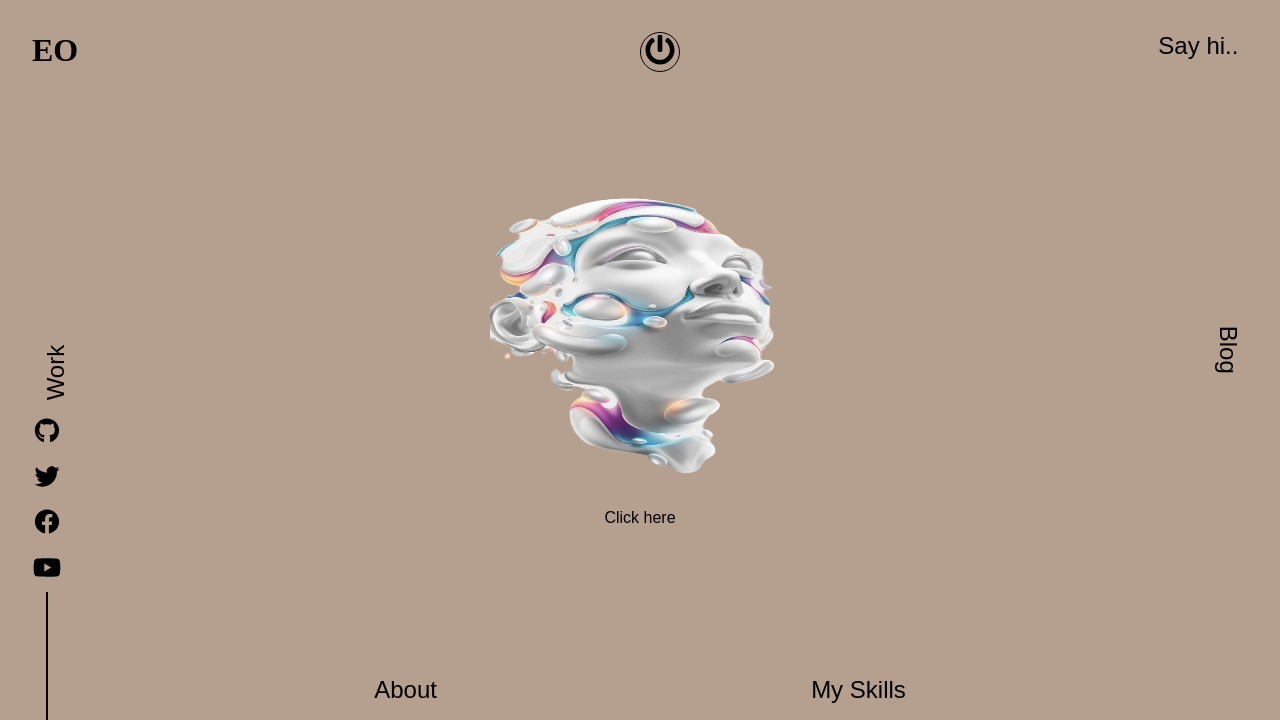
Repository: Deonorla/deon-dev
Page: /main
The author's editor kept a copy of each file at every save. The page is drawn from the files as they stood at one save, then again after the next save.
The browser window is 1280 px wide. The pictures show the whole page.
The project was rebuilt for these pictures with package versions that can differ from the ones it lists, and the page was loaded fresh each time. The framework's server and built-in components were replaced by stand-ins that run in the browser. Also part of the build but not shown: next.config.ts.

Above is the page before, as saved 2025-05-28 18:09:55.

### src/app/layout.tsx
import ClientRootLayout from "./ClientRootLayout";
export const metadata = {
  title: "Deon",
  description: "Deon's personal portfolio website",
};

export default function RootLayout({
  children,
}: {
  children: React.ReactNode;
}) {
  return <ClientRootLayout>{children}</ClientRootLayout>;
}

### src/app/main/page.tsx
"use client";

import PowerButton from "@/components/Button/PowerButton";
import LogoComponent from "@/components/Minor/Logo";
import Socials from "@/components/Minor/Socials";
import { YinYang } from "@/components/Minor/SvgPack/AllSvgs";
import Image from "next/image";
import Link from "next/link";
import styled from "styled-components";

const MainContainer = styled.div`
  background: ${(props) => props.theme.body};
  width: 100vw;
  height: 100vh;
  overflow: hidden;
  position: relative;

  h2,
  h3,
  h4,
  h5,
  h6 {
    font-family: "Karla", sans-serif;
    font-weight: 500;
  }
`;

const Container = styled.div`
  padding: 2rem;
`;

const Contact = styled(Link)`
  color: ${(props) => props.theme.text};
  position: absolute;
  top: 2rem;

  right: calc(1rem + 2vw);
  text-decoration: none;
  z-index: 1;
`;
const Blog = styled(Link)`
  color: ${(props) => props.theme.text};
  position: absolute;
  top: 50%;
  transform: rotate(90deg) translate(-50%, -50%);
  right: calc(1rem + 2vw);
  text-decoration: none;
  z-index: 1;
`;
const Work = styled(Link)`
  color: ${(props) => props.theme.text};
  position: absolute;
  top: 46%;
  transform: rotate(-90deg) translate(-50%, -50%);
  left: calc(1rem + 2vw);
  text-decoration: none;
  z-index: 1;
`;
const BottomBar = styled.div`
  position: absolute;
  bottom: 1rem;
  left: 0;
  right: 0;
  width: 100%;

  display: flex;
  justify-content: space-evenly;
`;
const About = styled(Link)`
  color: ${(props) => props.theme.text};
  text-decoration: none;
  z-index: 1;
`;
const Skills = styled(Link)`
  color: ${(props) => props.theme.text};
  text-decoration: none;
  z-index: 1;
`;

const Center = styled.button`
  position: absolute;
  top: 50%;
  left: 50%;
  transform: translate(-50%, -50%);
  border: none;
  outline: none;
  background-color: transparent;
  cursor: pointer;

  display: flex;
  flex-direction: column;
  justify-content: center;
  align-items: center;

  & > :last-child {
    padding-top: 1rem;
  }
`;

const Main = () => {
  return (
    <MainContainer>
      <Container>
        <PowerButton />
        <LogoComponent />
        <Socials />
        <Center>
          <Image
            src="/images/head.png"
            alt="Deon Oluleye"
            width={300}
            height={300}
          />
          {/* <YinYang width={150} height={150} fill="currentColor" /> */}
          <span>Click here</span>
        </Center>
        <Contact target="_blank" href="mailto:deonoluleye@gmail.com">
          <h2>Say hi..</h2>
        </Contact>
        <Blog href="/blog">
          <h2>Blog</h2>
        </Blog>
        <Work href="/work">
          <h2>Work</h2>
        </Work>
        <BottomBar>
          <About href="/about">
            <h2>About</h2>
          </About>
          <Skills href="/Skills">
            <h2>My Skills</h2>
          </Skills>
        </BottomBar>
      </Container>
    </MainContainer>
  );
};

export default Main;

### src/app/ClientRootLayout.tsx
"use client";

import { Geist, Geist_Mono } from "next/font/google";
import { ThemeProvider } from "styled-components";
import GlobalStyle from "./globalStyles";
import "../../node_modules/normalize.css";
import { lightTheme } from "@/components/Minor/theme/Themes";

const geistSans = Geist({
  variable: "--font-geist-sans",
  subsets: ["latin"],
});

const geistMono = Geist_Mono({
  variable: "--font-geist-mono",
  subsets: ["latin"],
});

export default function ClientRootLayout({
  children,
}: {
  children: React.ReactNode;
}) {
  return (
    <html lang="en">
      <body>
        <ThemeProvider theme={lightTheme}>
          <GlobalStyle />
          {children}
        </ThemeProvider>
      </body>
    </html>
  );
}

### src/components/Button/PowerButton/index.tsx
"use client";
import { PowerBtn } from "@/components/Minor/SvgPack/AllSvgs";
import Image from "next/image";
import Link from "next/link";
import styled from "styled-components";

const Power = styled.button`
  position: fixed;
  top: 2rem;
  left: 50%;
  transform: translateX(-50%, 0);

  background-color: #b59f8f;
  padding: 0.3rem;
  border-radius: 50%;
  border: 1px solid #000;
  width: 2.5rem;
  height: 2.5rem;

  display: flex;
  justify-content: center;
  align-items: center;
  z-index: 3;

  cursor: pointer;

  &:hover {
    background-color: rgba(0, 255, 0, 0.4);
    box-shadow: 0 0 8px 6px rgba(0, 255, 0, 0.2);
  }

  & > *:first-child {
    text-decoration: none;
    color: inherit;
  }
`;

const PowerButton = () => {
  return (
    <Power>
      <Link href="/">
        <PowerBtn width={30} height={30} fill="currentColor" />
      </Link>
    </Power>
  );
};

export default PowerButton;

### src/components/Minor/Logo/index.tsx
import React from "react";
import styled from "styled-components";

const Logo = styled.h1`
  display: inline-block;
  color: ${(prop) => prop.theme.text};
  font-family: "pacifico", cursive;

  position: fixed;
  left: 2rem;
  top: 2rem;
  z-index: 3;
`;

const LogoComponent = () => {
  return (
    <div>
      <Logo>EO</Logo>
    </div>
  );
};

export default LogoComponent;

### src/components/Minor/Socials/index.tsx
import Link from "next/link";
import React from "react";
import styled from "styled-components";
import { Facebook, Github, Twitter, YouTube } from "../SvgPack/AllSvgs";

const Icons = styled.div`
  display: flex;
  flex-direction: column;
  align-items: center;

  position: fixed;
  bottom: 0;
  left: 2rem;

  z-index: 3;

  & > *:not(:last-child) {
    margin: 0.5rem 0;
  }
`;

const Line = styled.span`
  width: 2px;
  height: 8rem;
  background-color: ${(props) => props.theme.text};
`;

const Socials = () => {
  return (
    <Icons>
      <div>
        <Link
          style={{ color: "inherit" }}
          target="_blank"
          href="https://github.com/deonorla"
        >
          <Github width={30} height={25} fill="currentColor" />
        </Link>
      </div>
      <div>
        <Link
          style={{ color: "inherit" }}
          target="_blank"
          href="https://x.com/DeonAtricks"
        >
          <Twitter width={30} height={25} fill="currentColor" />
        </Link>
      </div>
      <div>
        <Link style={{ color: "inherit" }} target="_blank" href="https://">
          <Facebook width={30} height={25} fill="currentColor" />
        </Link>
      </div>
      <div>
        <Link style={{ color: "inherit" }} target="_blank" href="https://">
          <YouTube width={30} height={25} fill="currentColor" />
        </Link>
      </div>
      <Line />
    </Icons>
  );
};

export default Socials;

### src/app/globalStyles.ts
import { createGlobalStyle } from "styled-components";

const GlobalStyle = createGlobalStyle`

*,*::before,*::after, h1, h2, h3, h4, h5, h6 {
  margin: 0;
  padding: 0;
}

h1, h2, h3, h4, h5, h6 {
display: inline-block;
}

body {
    margin: 0;
    padding: 0;
    overflow-x: hidden;
    font-family: "Source Sans Pro", sans-serif;
 }
`;

export default GlobalStyle;

### src/components/Minor/theme/Themes.ts
export interface MyTheme {
  body: string;
  text: string;
  fontFamily: string;
  bodyRgba: string;
  textRgba: string;
}

export const lightTheme = {
  body: "#B59F8F",
  text: "#000000",
  fontFamily: "'Source Sans Pro', sans-serif",
  bodyRgba: "252, 246, 244",
  textRgba: "0,0,0",
};

export const darkTheme = {
  body: "#000000",
  text: "#B59F8F",
  fontFamily: "'Source Sans Pro', sans-serif",
  bodyRgba: "0,0,0",
  textRgba: "252, 246, 244",
};

### src/components/Minor/SvgPack/AllSvgs.tsx
// components/PowerBtn.tsx
import React from "react";

interface Props extends React.SVGProps<SVGSVGElement> {
  fill?: string;
}

export const PowerBtn: React.FC<Props> = (props) => {
  return (
    <svg
      aria-hidden="true"
      data-prefix="fas"
      data-icon="power-off"
      className="svg-inline--fa fa-power-off fa-w-16"
      xmlns="http://www.w3.org/2000/svg"
      viewBox="0 0 512 512"
      {...props}
    >
      <path
        fill={props.fill || "currentColor"}
        d="M400 54.1c63 45 104 118.6 104 201.9 0 136.8-110.8 247.7-247.5 248C120 504.3 8.2 393 8 256.4 7.9 173.1 48.9 99.3 111.8 54.2c11.7-8.3 28-4.8 35 7.7L162.6 90c5.9 10.5 3.1 23.8-6.6 31-41.5 30.8-68 79.6-68 134.9-.1 92.3 74.5 168.1 168 168.1 91.6 0 168.6-74.2 168-169.1-.3-51.8-24.7-101.8-68.1-134-9.7-7.2-12.4-20.5-6.5-30.9l15.8-28.1c7-12.4 23.2-16.1 34.8-7.8zM296 264V24c0-13.3-10.7-24-24-24h-32c-13.3 0-24 10.7-24 24v240c0 13.3 10.7 24 24 24h32c13.3 0 24-10.7 24-24z"
      />
    </svg>
  );
};

export const Github: React.FC<Props> = (props) => {
  return (
    <svg
      aria-hidden="true"
      data-prefix="fab"
      data-icon="github"
      className="prefix__svg-inline--fa prefix__fa-github prefix__fa-w-16"
      xmlns="http://www.w3.org/2000/svg"
      viewBox="0 0 496 512"
      {...props}
    >
      <path
        fill={props.fill}
        d="M165.9 397.4c0 2-2.3 3.6-5.2 3.6-3.3.3-5.6-1.3-5.6-3.6 0-2 2.3-3.6 5.2-3.6 3-.3 5.6 1.3 5.6 3.6zm-31.1-4.5c-.7 2 1.3 4.3 4.3 4.9 2.6 1 5.6 0 6.2-2s-1.3-4.3-4.3-5.2c-2.6-.7-5.5.3-6.2 2.3zm44.2-1.7c-2.9.7-4.9 2.6-4.6 4.9.3 2 2.9 3.3 5.9 2.6 2.9-.7 4.9-2.6 4.6-4.6-.3-1.9-3-3.2-5.9-2.9zM244.8 8C106.1 8 0 113.3 0 252c0 110.9 69.8 205.8 169.5 239.2 12.8 2.3 17.3-5.6 17.3-12.1 0-6.2-.3-40.4-.3-61.4 0 0-70 15-84.7-29.8 0 0-11.4-29.1-27.8-36.6 0 0-22.9-15.7 1.6-15.4 0 0 24.9 2 38.6 25.8 21.9 38.6 58.6 27.5 72.9 20.9 2.3-16 8.8-27.1 16-33.7-55.9-6.2-112.3-14.3-112.3-110.5 0-27.5 7.6-41.3 23.6-58.9-2.6-6.5-11.1-33.3 2.6-67.9 20.9-6.5 69 27 69 27 20-5.6 41.5-8.5 62.8-8.5s42.8 2.9 62.8 8.5c0 0 48.1-33.6 69-27 13.7 34.7 5.2 61.4 2.6 67.9 16 17.7 25.8 31.5 25.8 58.9 0 96.5-58.9 104.2-114.8 110.5 9.2 7.9 17 22.9 17 46.4 0 33.7-.3 75.4-.3 83.6 0 6.5 4.6 14.4 17.3 12.1C428.2 457.8 496 362.9 496 252 496 113.3 383.5 8 244.8 8zM97.2 352.9c-1.3 1-1 3.3.7 5.2 1.6 1.6 3.9 2.3 5.2 1 1.3-1 1-3.3-.7-5.2-1.6-1.6-3.9-2.3-5.2-1zm-10.8-8.1c-.7 1.3.3 2.9 2.3 3.9 1.6 1 3.6.7 4.3-.7.7-1.3-.3-2.9-2.3-3.9-2-.6-3.6-.3-4.3.7zm32.4 35.6c-1.6 1.3-1 4.3 1.3 6.2 2.3 2.3 5.2 2.6 6.5 1 1.3-1.3.7-4.3-1.3-6.2-2.2-2.3-5.2-2.6-6.5-1zm-11.4-14.7c-1.6 1-1.6 3.6 0 5.9 1.6 2.3 4.3 3.3 5.6 2.3 1.6-1.3 1.6-3.9 0-6.2-1.4-2.3-4-3.3-5.6-2z"
      />
    </svg>
  );
};

export const Twitter: React.FC<Props> = (props) => {
  return (
    <svg
      aria-hidden="true"
      data-prefix="fab"
      data-icon="twitter"
      className="prefix__svg-inline--fa prefix__fa-twitter prefix__fa-w-16"
      xmlns="http://www.w3.org/2000/svg"
      viewBox="0 0 512 512"
      {...props}
    >
      <path
        fill={props.fill}
        d="M459.37 151.716c.325 4.548.325 9.097.325 13.645 0 138.72-105.583 298.558-298.558 298.558-59.452 0-114.68-17.219-161.137-47.106 8.447.974 16.568 1.299 25.34 1.299 49.055 0 94.213-16.568 130.274-44.832-46.132-.975-84.792-31.188-98.112-72.772 6.498.974 12.995 1.624 19.818 1.624 9.421 0 18.843-1.3 27.614-3.573-48.081-9.747-84.143-51.98-84.143-102.985v-1.299c13.969 7.797 30.214 12.67 47.431 13.319-28.264-18.843-46.781-51.005-46.781-87.391 0-19.492 5.197-37.36 14.294-52.954 51.655 63.675 129.3 105.258 216.365 109.807-1.624-7.797-2.599-15.918-2.599-24.04 0-57.828 46.782-104.934 104.934-104.934 30.213 0 57.502 12.67 76.67 33.137 23.715-4.548 46.456-13.32 66.599-25.34-7.798 24.366-24.366 44.833-46.132 57.827 21.117-2.273 41.584-8.122 60.426-16.243-14.292 20.791-32.161 39.308-52.628 54.253z"
      />
    </svg>
  );
};

export const Facebook: React.FC<Props> = (props) => {
  return (
    <svg
      aria-hidden="true"
      data-prefix="fab"
      data-icon="facebook"
      className="prefix__svg-inline--fa prefix__fa-facebook prefix__fa-w-16"
      xmlns="http://www.w3.org/2000/svg"
      viewBox="0 0 512 512"
      {...props}
    >
      <path
        fill={props.fill}
        d="M504 256C504 119 393 8 256 8S8 119 8 256c0 123.78 90.69 226.38 209.25 245V327.69h-63V256h63v-54.64c0-62.15 37-96.48 93.67-96.48 27.14 0 55.52 4.84 55.52 4.84v61h-31.28c-30.8 0-40.41 19.12-40.41 38.73V256h68.78l-11 71.69h-57.78V501C413.31 482.38 504 379.78 504 256z"
      />
    </svg>
  );
};

export const YouTube: React.FC<Props> = (props) => {
  return (
    <svg
      aria-hidden="true"
      data-prefix="fab"
      data-icon="youtube"
      className="prefix__svg-inline--fa prefix__fa-youtube prefix__fa-w-18"
      xmlns="http://www.w3.org/2000/svg"
      viewBox="0 0 576 512"
      {...props}
    >
      <path
        fill={props.fill}
        d="M549.655 124.083c-6.281-23.65-24.787-42.276-48.284-48.597C458.781 64 288 64 288 64S117.22 64 74.629 75.486c-23.497 6.322-42.003 24.947-48.284 48.597-11.412 42.867-11.412 132.305-11.412 132.305s0 89.438 11.412 132.305c6.281 23.65 24.787 41.5 48.284 47.821C117.22 448 288 448 288 448s170.78 0 213.371-11.486c23.497-6.321 42.003-24.171 48.284-47.821 11.412-42.867 11.412-132.305 11.412-132.305s0-89.438-11.412-132.305zm-317.51 213.508V175.185l142.739 81.205-142.739 81.201z"
      />
    </svg>
  );
};

export const YinYang: React.FC<Props> = (props) => {
  return (
    <svg
      aria-hidden="true"
      data-prefix="fas"
      data-icon="yin-yang"
      className="prefix__svg-inline--fa prefix__fa-yin-yang prefix__fa-w-16"
      xmlns="http://www.w3.org/2000/svg"
      viewBox="0 0 496 512"
      {...props}
    >
      <path
        fill={props.fill}
        d="M248 8C111.03 8 0 119.03 0 256s111.03 248 248 248 248-111.03 248-248S384.97 8 248 8zm0 376c-17.67 0-32-14.33-32-32s14.33-32 32-32 32 14.33 32 32-14.33 32-32 32zm0-128c-53.02 0-96 42.98-96 96s42.98 96 96 96c-106.04 0-192-85.96-192-192S141.96 64 248 64c53.02 0 96 42.98 96 96s-42.98 96-96 96zm0-128c-17.67 0-32 14.33-32 32s14.33 32 32 32 32-14.33 32-32-14.33-32-32-32z"
      />
    </svg>
  );
};

export const Anchor: React.FC<Props> = (props) => {
  return (
    <svg
      aria-hidden="true"
      data-prefix="fas"
      data-icon="anchor"
      className="prefix__svg-inline--fa prefix__fa-anchor prefix__fa-w-18"
      xmlns="http://www.w3.org/2000/svg"
      viewBox="0 0 576 512"
      {...props}
    >
      <path
        fill={props.fill}
        d="M12.971 352h32.394C67.172 454.735 181.944 512 288 512c106.229 0 220.853-57.38 242.635-160h32.394c10.691 0 16.045-12.926 8.485-20.485l-67.029-67.029c-4.686-4.686-12.284-4.686-16.971 0l-67.029 67.029c-7.56 7.56-2.206 20.485 8.485 20.485h35.146c-20.29 54.317-84.963 86.588-144.117 94.015V256h52c6.627 0 12-5.373 12-12v-40c0-6.627-5.373-12-12-12h-52v-5.47c37.281-13.178 63.995-48.725 64-90.518C384.005 43.772 341.605.738 289.37.01 235.723-.739 192 42.525 192 96c0 41.798 26.716 77.35 64 90.53V192h-52c-6.627 0-12 5.373-12 12v40c0 6.627 5.373 12 12 12h52v190.015c-58.936-7.399-123.82-39.679-144.117-94.015h35.146c10.691 0 16.045-12.926 8.485-20.485l-67.029-67.029c-4.686-4.686-12.284-4.686-16.971 0L4.485 331.515C-3.074 339.074 2.28 352 12.971 352zM288 64c17.645 0 32 14.355 32 32s-14.355 32-32 32-32-14.355-32-32 14.355-32 32-32z"
      />
    </svg>
  );
};

export const Link: React.FC<Props> = (props) => {
  return (
    <svg
      aria-hidden="true"
      data-prefix="fas"
      data-icon="link"
      className="prefix__svg-inline--fa prefix__fa-link prefix__fa-w-16"
      xmlns="http://www.w3.org/2000/svg"
      viewBox="0 0 512 512"
      {...props}
    >
      <path
        fill={props.fill}
        d="M326.612 185.391c59.747 59.809 58.927 155.698.36 214.59-.11.12-.24.25-.36.37l-67.2 67.2c-59.27 59.27-155.699 59.262-214.96 0-59.27-59.26-59.27-155.7 0-214.96l37.106-37.106c9.84-9.84 26.786-3.3 27.294 10.606.648 17.722 3.826 35.527 9.69 52.721 1.986 5.822.567 12.262-3.783 16.612l-13.087 13.087c-28.026 28.026-28.905 73.66-1.155 101.96 28.024 28.579 74.086 28.749 102.325.51l67.2-67.19c28.191-28.191 28.073-73.757 0-101.83-3.701-3.694-7.429-6.564-10.341-8.569a16.037 16.037 0 01-6.947-12.606c-.396-10.567 3.348-21.456 11.698-29.806l21.054-21.055c5.521-5.521 14.182-6.199 20.584-1.731a152.482 152.482 0 0120.522 17.197zM467.547 44.449c-59.261-59.262-155.69-59.27-214.96 0l-67.2 67.2c-.12.12-.25.25-.36.37-58.566 58.892-59.387 154.781.36 214.59a152.454 152.454 0 0020.521 17.196c6.402 4.468 15.064 3.789 20.584-1.731l21.054-21.055c8.35-8.35 12.094-19.239 11.698-29.806a16.037 16.037 0 00-6.947-12.606c-2.912-2.005-6.64-4.875-10.341-8.569-28.073-28.073-28.191-73.639 0-101.83l67.2-67.19c28.239-28.239 74.3-28.069 102.325.51 27.75 28.3 26.872 73.934-1.155 101.96l-13.087 13.087c-4.35 4.35-5.769 10.79-3.783 16.612 5.864 17.194 9.042 34.999 9.69 52.721.509 13.906 17.454 20.446 27.294 10.606l37.106-37.106c59.271-59.259 59.271-155.699.001-214.959z"
      />
    </svg>
  );
};

export const Design: React.FC<Props> = (props) => {
  return (
    <svg
      aria-hidden="true"
      data-prefix="fas"
      data-icon="palette"
      className="prefix__svg-inline--fa prefix__fa-palette prefix__fa-w-16"
      xmlns="http://www.w3.org/2000/svg"
      viewBox="0 0 512 512"
      {...props}
    >
      <path
        fill={props.fill}
        d="M204.3 5C104.9 24.4 24.8 104.3 5.2 203.4c-37 187 131.7 326.4 258.8 306.7 41.2-6.4 61.4-54.6 42.5-91.7-23.1-45.4 9.9-98.4 60.9-98.4h79.7c35.8 0 64.8-29.6 64.9-65.3C511.5 97.1 368.1-26.9 204.3 5zM96 320c-17.7 0-32-14.3-32-32s14.3-32 32-32 32 14.3 32 32-14.3 32-32 32zm32-128c-17.7 0-32-14.3-32-32s14.3-32 32-32 32 14.3 32 32-14.3 32-32 32zm128-64c-17.7 0-32-14.3-32-32s14.3-32 32-32 32 14.3 32 32-14.3 32-32 32zm128 64c-17.7 0-32-14.3-32-32s14.3-32 32-32 32 14.3 32 32-14.3 32-32 32z"
      />
    </svg>
  );
};

export const Developer: React.FC<Props> = (props) => {
  return (
    <svg
      aria-hidden="true"
      data-prefix="fas"
      data-icon="laptop-code"
      className="prefix__svg-inline--fa prefix__fa-laptop-code prefix__fa-w-20"
      xmlns="http://www.w3.org/2000/svg"
      viewBox="0 0 640 512"
      {...props}
    >
      <path
        fill={props.fill}
        d="M255.03 261.65c6.25 6.25 16.38 6.25 22.63 0l11.31-11.31c6.25-6.25 6.25-16.38 0-22.63L253.25 192l35.71-35.72c6.25-6.25 6.25-16.38 0-22.63l-11.31-11.31c-6.25-6.25-16.38-6.25-22.63 0l-58.34 58.34c-6.25 6.25-6.25 16.38 0 22.63l58.35 58.34zm96.01-11.3l11.31 11.31c6.25 6.25 16.38 6.25 22.63 0l58.34-58.34c6.25-6.25 6.25-16.38 0-22.63l-58.34-58.34c-6.25-6.25-16.38-6.25-22.63 0l-11.31 11.31c-6.25 6.25-6.25 16.38 0 22.63L386.75 192l-35.71 35.72c-6.25 6.25-6.25 16.38 0 22.63zM624 416H381.54c-.74 19.81-14.71 32-32.74 32H288c-18.69 0-33.02-17.47-32.77-32H16c-8.8 0-16 7.2-16 16v16c0 35.2 28.8 64 64 64h512c35.2 0 64-28.8 64-64v-16c0-8.8-7.2-16-16-16zM576 48c0-26.4-21.6-48-48-48H112C85.6 0 64 21.6 64 48v336h512V48zm-64 272H128V64h384v256z"
      />
    </svg>
  );
};

After the next save:
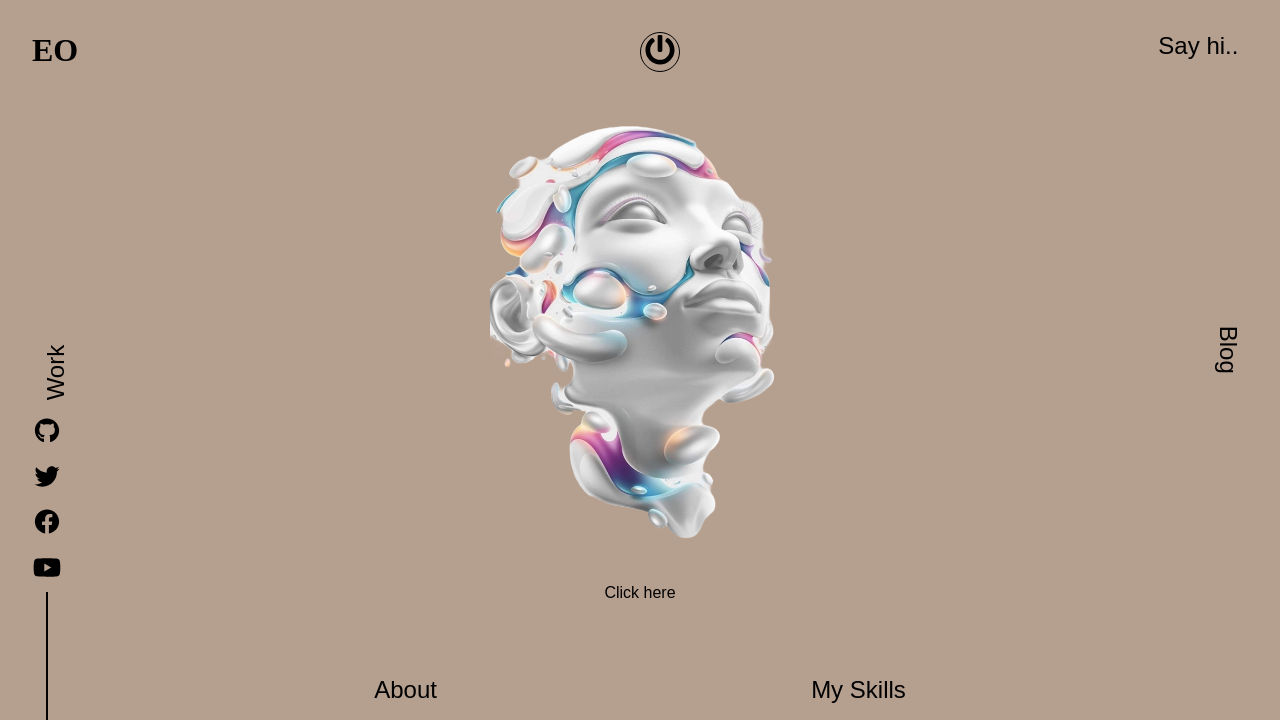
Saved 31 s later.
--- a/src/app/main/page.tsx
+++ b/src/app/main/page.tsx
@@ -109,7 +109,7 @@
             src="/images/head.png"
             alt="Deon Oluleye"
             width={300}
-            height={300}
+            height={450}
           />
           {/* <YinYang width={150} height={150} fill="currentColor" /> */}
           <span>Click here</span>
